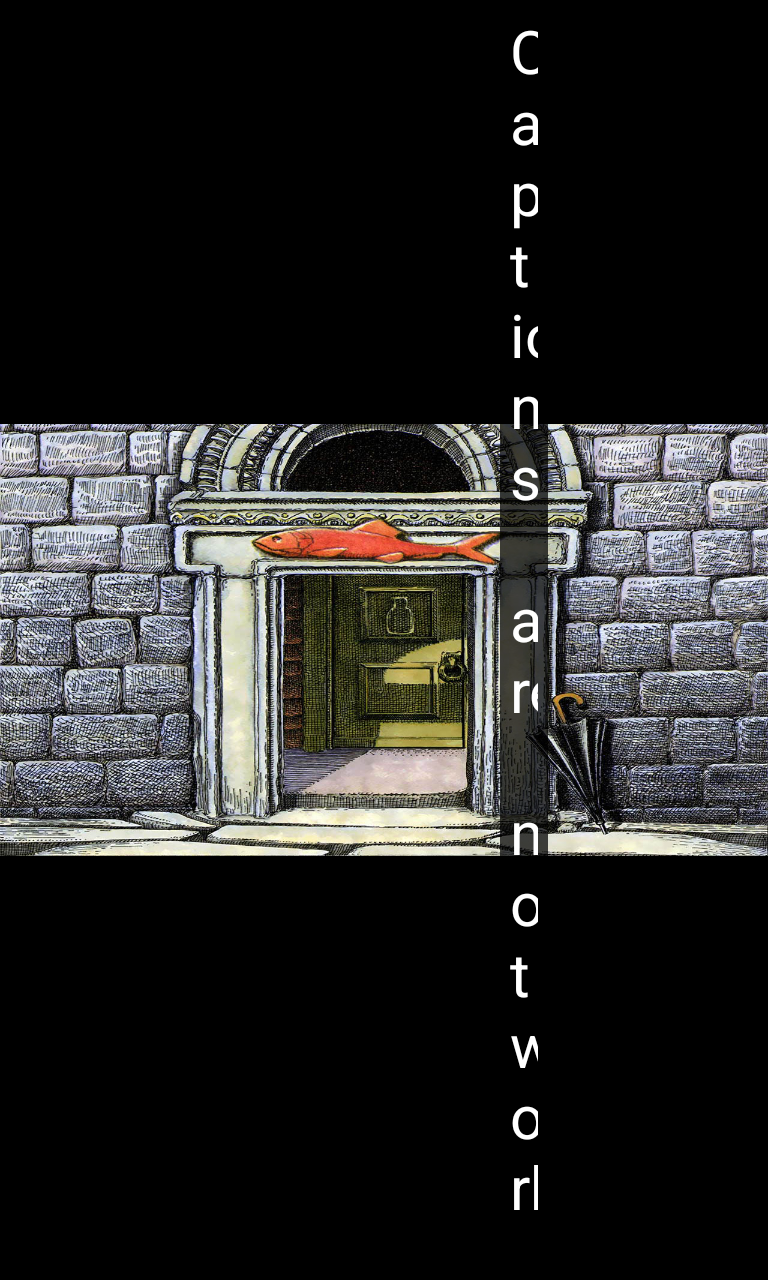
Repository: RandyLedbetter/maze
Layout: MazeTest/res/layout/activity_main.xml
These files come from the project's save history. The layout is drawn as it stood at one moment and after the next save; the edit follows.
It is drawn on a 768 x 1280 px phone screen (xhdpi) without system bars, with theme android:Theme.NoTitleBar.Fullscreen; the app's code is not run.

Above is the layout before, as saved 2014-04-12 14:12:43.

After the next save:
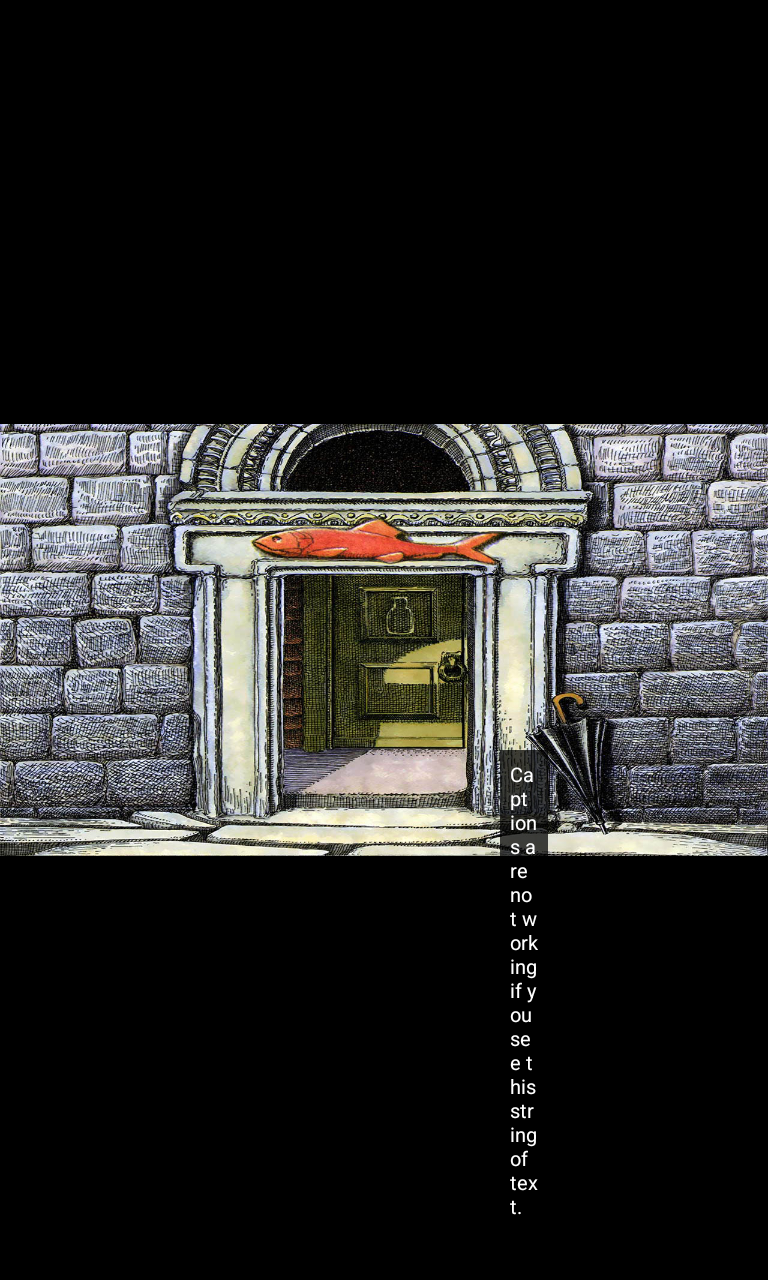
Saved 20 s later.
--- a/MazeTest/res/layout/activity_main.xml
+++ b/MazeTest/res/layout/activity_main.xml
@@ -31,7 +31,7 @@
       android:layout_marginRight="110dp"
       android:layout_marginBottom="25dp"
       android:background="#BB000000"
-      android:textSize="30dip"
+      android:textSize="10dip"
       android:textColor="#FFFFFF"
       android:padding="5dp"
       android:typeface="sans"
